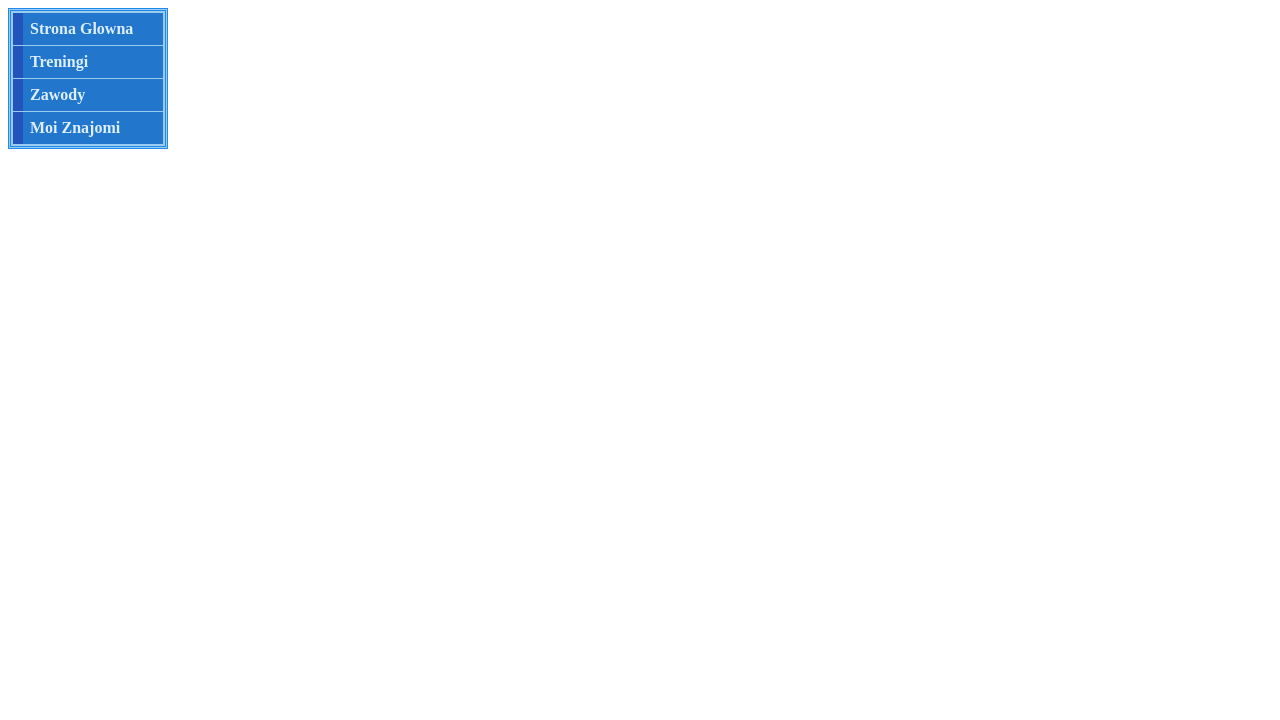
Repository: zlenyk/wrzucak
Page: http://localhost/Shop/UserMenu.jsp
These files come from the project's save history. The page is drawn as it stood at one moment and after the next save; the edit follows.
The browser window is 1280 px wide. The pictures show the whole page.
The page is served by Tomcat 9.

Above is the page before, as saved 2013-09-24 09:53:03.

### Shop/WebContent/UserMenu.jsp
<%@ page language="java" contentType="text/html; charset=ISO-8859-1"
    pageEncoding="ISO-8859-1"%>
<!DOCTYPE html PUBLIC "-//W3C//DTD HTML 4.01 Transitional//EN" "http://www.w3.org/TR/html4/loose.dtd">
<html>
<head>
	<meta http-equiv="Content-Type" content="text/html; charset=ISO-8859-1">
	<title>Insert title here</title>
	<link rel="Stylesheet" type="text/css" href="style.css" />
</head>
<body>
	<ul class="menu_pionowe">
		<li><a target = strona href="http://localhost:8080/Shop/home.html">Strona Glowna</a></li>
		<li><a target = strona href="http://localhost:8080/Shop/Trainings">Treningi</a></li>
		<li><a target = strona href="http://localhost:8080/Shop/Events">Zawody</a></li>
		<li><a target = strona href="http://localhost:8080/Shop/friends.html">Moi Znajomi</a></li>
	</ul>
</body>
</html>

### Shop/WebContent/style.css
@CHARSET "UTF-8";
ul, ul li {
	display: block;
	list-style: none;
	margin: 0;
	padding: 0;
}

ul {
	width: 150px;
	padding: 2px 2px 1px 2px;
	background-color: #9ce;
	border: 3px double #28e;
}

ul li {
	border-bottom: 1px solid #9ce;
}

ul a:link, ul a:visited {
	display: block;
	width: 126px;
	text-decoration: none;
	padding: 7px;
	font-weight: bold;
	background-color: #27c;
	color: #def;
	border-left: 10px solid #25b;
}

ul a:hover {
	width: 136px;
	background-color: #28e;
	color: #fff;
	border-left: 20px solid #26d;
}
.box
{
	font-family: "Lucida Sans Unicode", "Lucida Grande", Sans-Serif;
	font-size: 12px;
	margin: 45px;
	width: 480px;
	text-align: left;
	border-collapse: collapse;
}
.box th
{
	font-size: 13px;
	font-weight: normal;
	padding: 8px;
	background: #b9c9fe;
	border-top: 4px solid #aabcfe;
	border-bottom: 1px solid #fff;
	color: #039;
}
.box td
{
	padding: 8px;
	background: #e8edff;
	border-bottom: 1px solid #fff;
	color: #669;
	border-top: 1px solid transparent;
}
.box tr:hover td
{
	background: #d0dafd;
	color: #339;
}

After the next save:
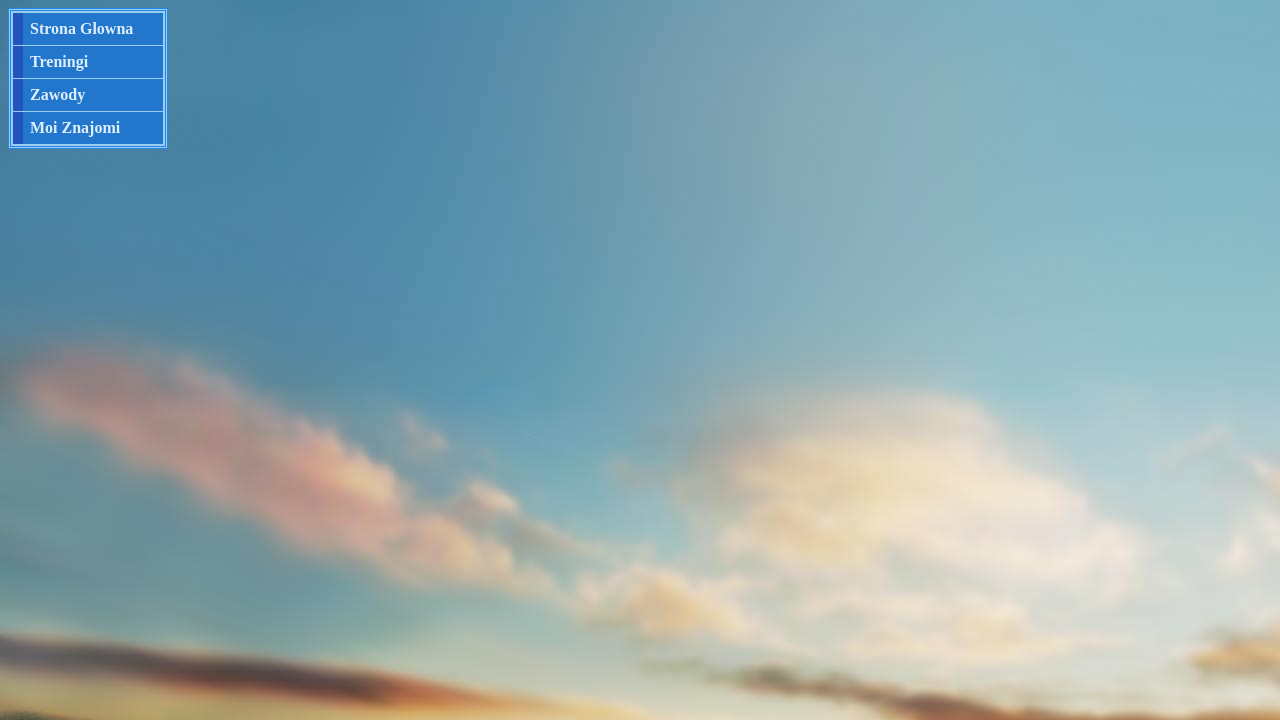
Saved 4 min 23 s later.
--- a/Shop/WebContent/style.css
+++ b/Shop/WebContent/style.css
@@ -1,4 +1,8 @@
 @CHARSET "UTF-8";
+body
+{
+background-image:url('images/running_background.jpg');
+}
 ul, ul li {
 	display: block;
 	list-style: none;

After the 2 saves that followed:
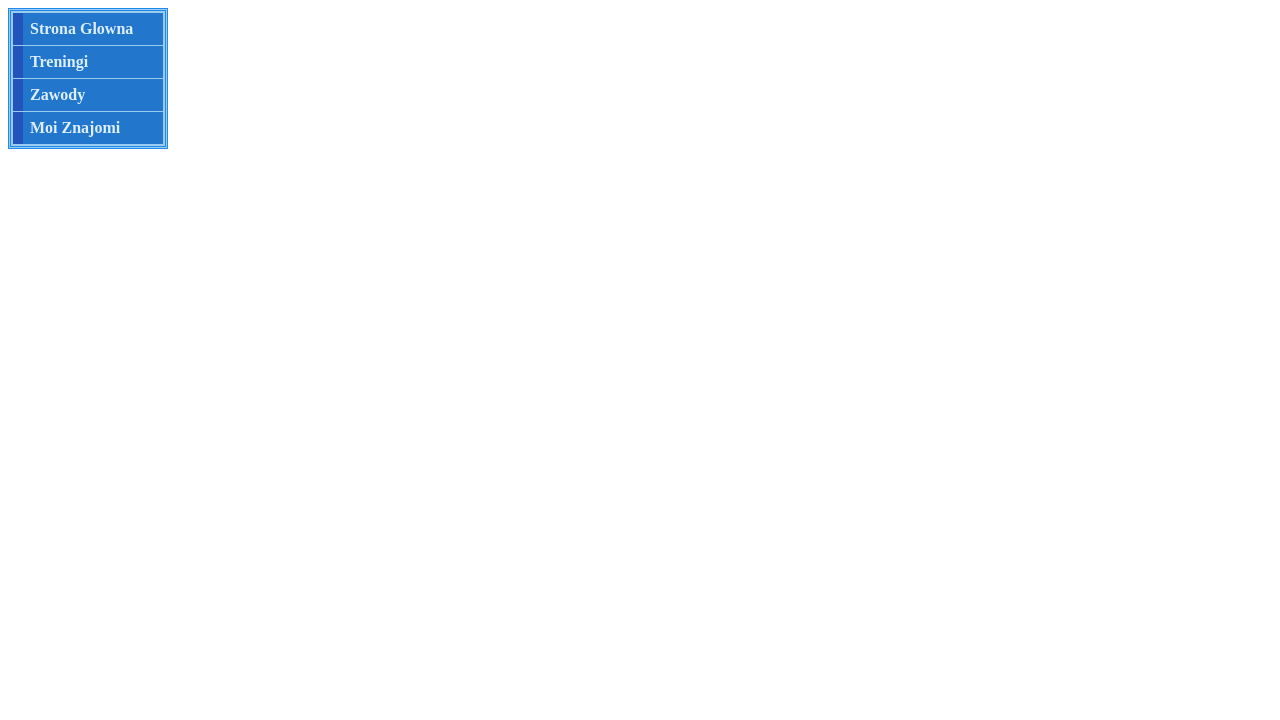
The 2 saves are shown as one change because they came seconds apart.
The last was saved 48 s later.
--- a/Shop/WebContent/style.css
+++ b/Shop/WebContent/style.css
@@ -1,7 +1,7 @@
 @CHARSET "UTF-8";
-body
+.back
 {
-background-image:url('images/running_background.jpg');
+	background-image:url('images/running_background.jpg');
 }
 ul, ul li {
 	display: block;
